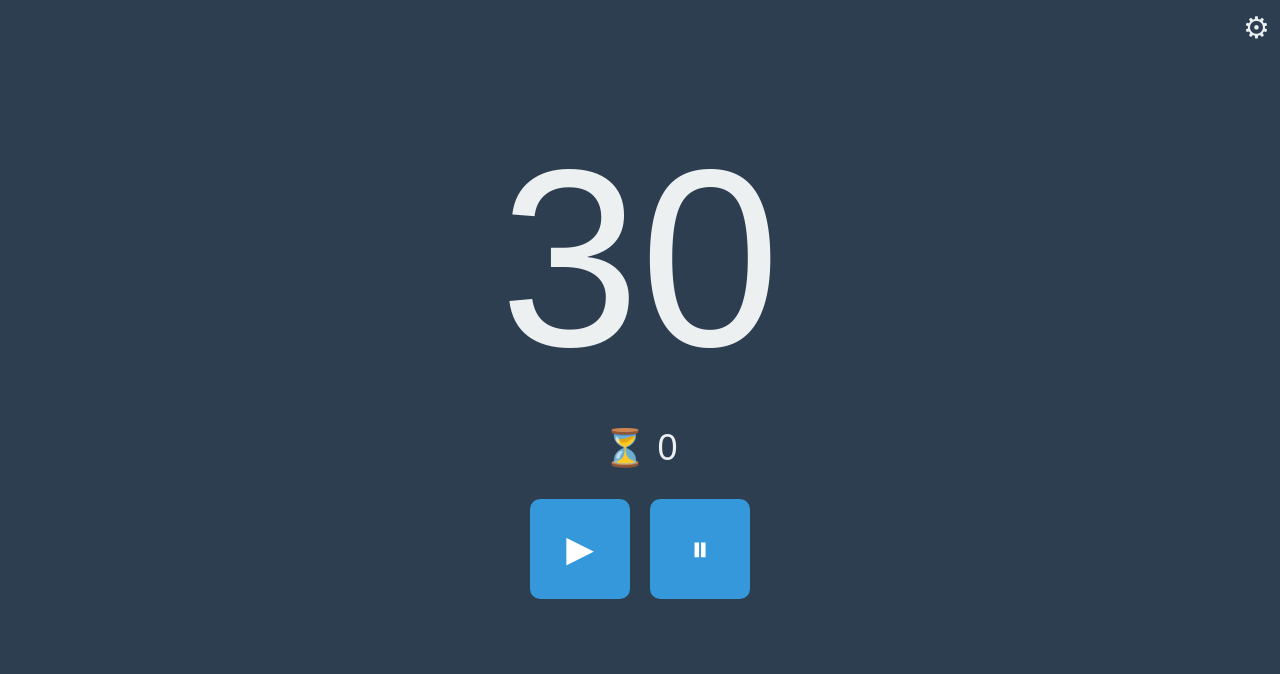
Repository: STnaidoo/poker-shot-clock
Page: index.html
The author's editor kept a copy of each file at every save. The page is drawn from the files as they stood at one save, then again after the next save.
The browser window is 1280 px wide. The pictures show the whole page.

Above is the page before, as saved 2024-10-31 16:20:58.

After the next save:
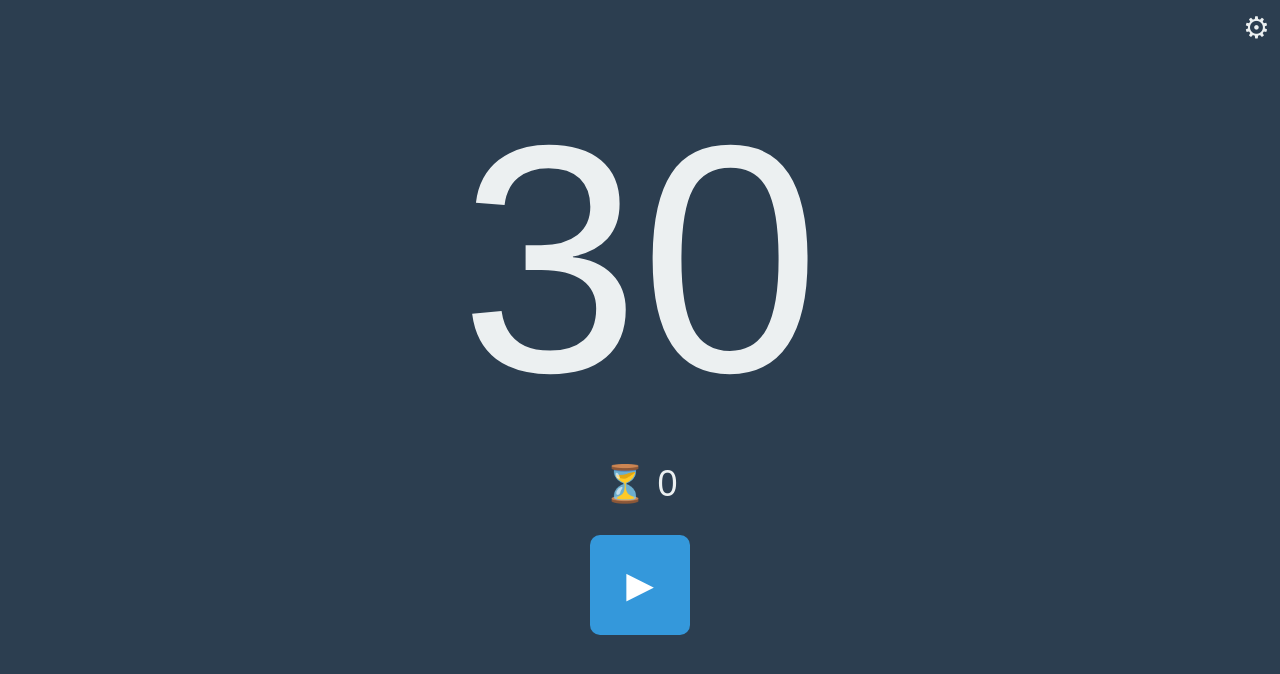
Saved 2 min 23 s later.
--- a/index.html
+++ b/index.html
@@ -16,7 +16,7 @@
             padding: 0;
             transition: background-color 0.5s;
             text-align: center;
-            height: 100vh; /* Ensure full viewport height */
+            height: 100vh;
         }
 
         #settingsIcon {
@@ -31,20 +31,20 @@
             position: relative;
             cursor: pointer;
             user-select: none;
-            padding: 20px; /* Increased padding for larger clickable area */
-            border-radius: 15px; /* Rounded corners */
-            border: 2px solid transparent; /* Subtle border */
+            padding: 20px;
+            border-radius: 15px;
+            border: 2px solid transparent;
             transition: border-color 0.3s, background-color 0.3s;
             display: inline-block;
         }
 
         #timerContainer:hover {
-            border-color: #f1c40f; /* Highlight border on hover */
-            background-color: rgba(241, 196, 15, 0.1); /* Subtle background highlight */
+            border-color: #f1c40f;
+            background-color: rgba(241, 196, 15, 0.1);
         }
 
         #timer {
-            font-size: 35vh;
+            font-size: 45vh; /* Increased font size */
             line-height: 1;
             margin: 0;
             color: #ecf0f1;
@@ -114,6 +114,7 @@
 
     <div id="timerContainer">
         <div id="timer">30</div>
+        <div id="restartHint">Tap to Restart</div>
     </div>
 
     <div id="timeBanks">
@@ -122,15 +123,13 @@
     </div>
 
     <div id="buttons">
-        <button id="startButton" class="button">▶</button>
-        <button id="pauseButton" class="button">⏸</button>
+        <button id="toggleButton" class="button">▶</button>
     </div>
 
     <script>
         var timerDisplay = document.getElementById('timer');
         var timeBanksText = document.getElementById('timeBanksText');
-        var startButton = document.getElementById('startButton');
-        var pauseButton = document.getElementById('pauseButton');
+        var toggleButton = document.getElementById('toggleButton');
         var settingsIcon = document.getElementById('settingsIcon');
         var restartHint = document.getElementById('restartHint');
         var timerContainer = document.getElementById('timerContainer');
@@ -150,19 +149,16 @@
         timeLeft = initialTime;
         timerDisplay.textContent = timeLeft;
 
-        startButton.addEventListener('click', function() {
+        toggleButton.addEventListener('click', function() {
             if (!isRunning) {
                 timerId = setInterval(countdown, 1000);
                 isRunning = true;
-                restartHint.style.display = 'none';
-            }
-        });
-
-        pauseButton.addEventListener('click', function() {
-            if (isRunning) {
+                toggleButton.textContent = '⏸';
+            } else {
                 clearInterval(timerId);
                 document.body.style.backgroundColor = '#2c3e50'; // Reset background color
                 isRunning = false;
+                toggleButton.textContent = '▶';
             }
         });
 
@@ -268,7 +264,7 @@
             playRestartSound(); // Play restart sound
             isRunning = true;
             timerId = setInterval(countdown, 1000);
-            restartHint.style.display = 'none';
+            toggleButton.textContent = '⏸';
 
             // Reset time banks owed to zero
             timeBanksOwed = 0;
